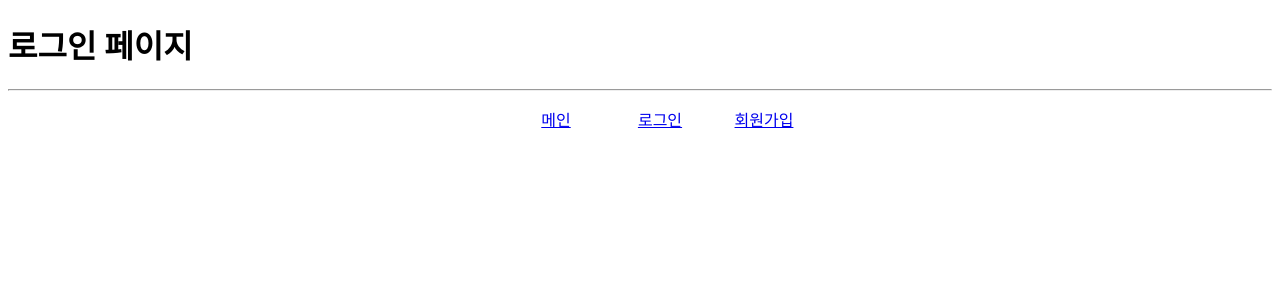
Repository: vhswo/jsp-work
Page: http://localhost/cos/login.jsp
These files come from the project's save history. The page is drawn as it stood at one moment and after the next save; the edit follows.
The browser window is 1280 px wide. The pictures show the whole page.
The page is served by Tomcat 9. Other server files are loaded and not shown.

Above is the page before, as saved 2020-08-22 05:38:21.

### cos/WebContent/login.jsp
<%@ page language="java" contentType="text/html; charset=UTF-8"
    pageEncoding="UTF-8"%>
<!DOCTYPE html>
<html>
<head>
<meta charset="UTF-8">
<title>로그인 페이지</title>
<style>
	ul {
		text-align: center;
	}

	li {
		display: inline-block;
		width : 100px;
	}
</style>
</head>
<body>
<h1>로그인 페이지</h1>
<hr/>
<ul>
	<li><a href="main.jsp">메인</a></li>
	<li><a href="login.jsp">로그인</a></li>
	<li><a href ="join.jsp">회원가입</a></li>
</ul>
</body>
</html>

After the next save:
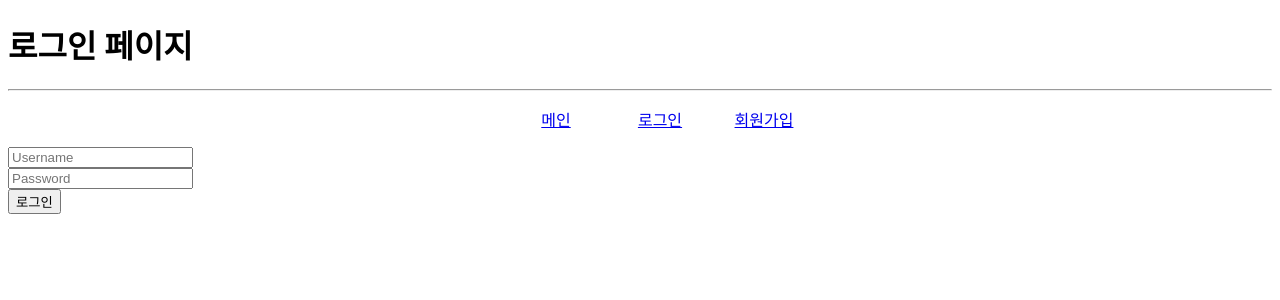
Saved 28 min 44 s later.
--- a/cos/WebContent/login.jsp
+++ b/cos/WebContent/login.jsp
@@ -24,5 +24,10 @@
 	<li><a href="login.jsp">로그인</a></li>
 	<li><a href ="join.jsp">회원가입</a></li>
 </ul>
+<form>
+	<input type="text" name = "username" placeholder= "Username"/> <br/>
+	<input type="password" name ="password"  placeholder ="Password" /> <br/>
+	<button>로그인</button>
+	</form>
 </body>
 </html>
